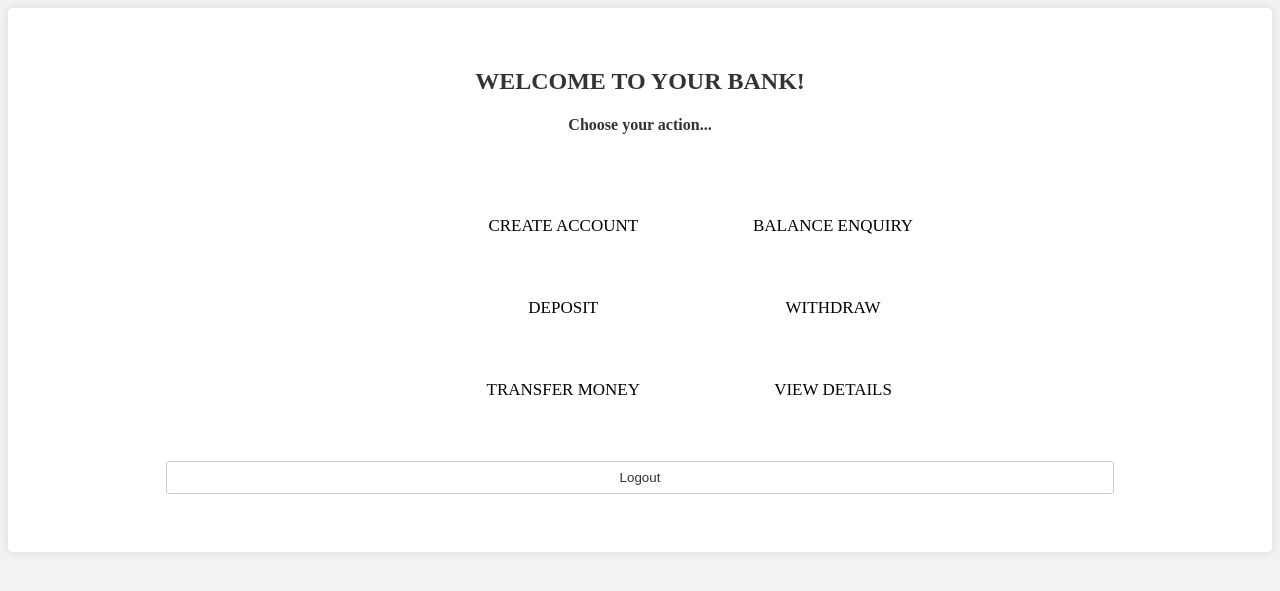
Repository: mansistic-0n3/Java_IGT
Page: Java Project/BankServlet/src/main/webapp/Home.html
An editor plug-in stored every save of this project. The page is shown before and after the next save, followed by the edit.
The browser window is 1280 px wide. The pictures show the whole page.

Above is the page before, as saved 2023-07-03 06:28:57.

### Java Project/BankServlet/src/main/webapp/Home.html
<!DOCTYPE html>
<html>
<head>
  <title>BANK</title>
   <!--<style>
 .button{
  width: 100%;
  padding: 10px;
  border-radius: 3px;
  border: none;
  background-color: #AEC6CF;
  color: #ffffff;
  cursor: pointer;
 }
 .button:hover {
      transform: scale(1.2);
    }
  </style>-->
  <style>
  .btn {
 position: relative;
 font-size: 17px;
 text-transform: uppercase;
 text-decoration: none;
 padding: 1em 2.5em;
 display: inline-block;
 border-radius: 6em;
 transition: all .2s;
 border: none;
 font-family: inherit;
 font-weight: 500;
 color: black;
 background-color: white;
}

.btn:hover {
 transform: translateY(-3px);
 box-shadow: 0 10px 20px rgba(0, 0, 0, 0.2);
}

.btn:active {
 transform: translateY(-1px);
 box-shadow: 0 5px 10px rgba(0, 0, 0, 0.2);
}

.btn::after {
 content: "";
 display: inline-block;
 height: 100%;
 width: 100%;
 border-radius: 100px;
 position: absolute;
 top: 0;
 left: 0;
 z-index: -1;
 transition: all .4s;
}

.btn::after {
 background-color: #fff;
}

.btn:hover::after {
 transform: scaleX(1.4) scaleY(1.6);
 opacity: 0;
}
  </style>
</head>
<body style="background-color: #f2f2f2; text-align:center;">
<div style="max-width: 1200px; margin: 0 auto; padding: 40px; background-color: #ffffff; border-radius: 5px; box-shadow: 0 0 10px rgba(0, 0, 0, 0.1);">
 <h2 style="text-align: center; color: #333333;">WELCOME TO YOUR BANK!</h2>
 <h4 style="text-align: center; color: #333333;">Choose your action...</h4>
  <div style="display: grid; grid-template-columns: repeat(2, 1fr); gap: 20px; max-width: 400px; margin: 0 auto; padding: 40px;">
   <form action="create.html"> <div style="text-align: center;padding:4px;">
      <input type="submit" value = "CREATE ACCOUNT" class="btn">
    </div></form>
    <form action="Bal.html"> <div style="text-align: center;padding:4px;">
      <input type="submit" value = "BALANCE ENQUIRY" class="btn">
    </div></form>
   <form action="Deposit.html"> <div style="text-align: center;padding:4px;">
      <input type="submit" value = "DEPOSIT" class="btn">
    </div></form>
    <form action="Withdraw.html"> <div style="text-align: center; padding:4px;">
      <input type="submit" value = "WITHDRAW" class="btn">
    </div></form>
     <form action="transfer.html"> <div style="text-align: center; padding:4px;">
      <input type="submit" value = "TRANSFER MONEY" class="btn">
    </div></form>
    <form action="detail.html"> <div style="text-align: center; padding:4px;">
      <input type="submit" value = "VIEW DETAILS" class="btn">
    </div></form>
  </div>

      <form action="login.html">
        <input type="submit" value="Logout" style="width: 80%; padding: 8px; border-radius: 3px; border: 1px solid #cccccc; background-color: #ffffff; color: #333333; cursor: pointer;">
      <br><br></form></div>
</body>
</html>

After the next save:
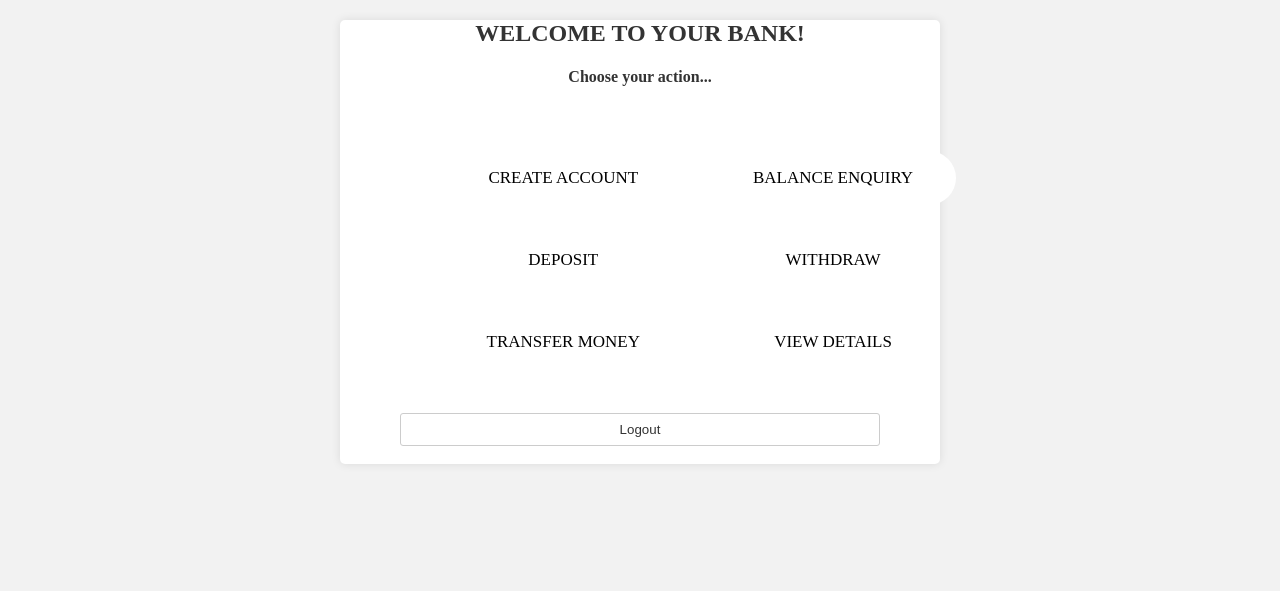
Saved 28 s later.
--- a/Java Project/BankServlet/src/main/webapp/Home.html
+++ b/Java Project/BankServlet/src/main/webapp/Home.html
@@ -67,7 +67,7 @@
   </style>
 </head>
 <body style="background-color: #f2f2f2; text-align:center;">
-<div style="max-width: 1200px; margin: 0 auto; padding: 40px; background-color: #ffffff; border-radius: 5px; box-shadow: 0 0 10px rgba(0, 0, 0, 0.1);">
+<div style="max-width: 600px; margin: 0 auto; padding: 0px; background-color: #ffffff; border-radius: 5px; box-shadow: 0 0 10px rgba(0, 0, 0, 0.1);">
  <h2 style="text-align: center; color: #333333;">WELCOME TO YOUR BANK!</h2>
  <h4 style="text-align: center; color: #333333;">Choose your action...</h4>
   <div style="display: grid; grid-template-columns: repeat(2, 1fr); gap: 20px; max-width: 400px; margin: 0 auto; padding: 40px;">
